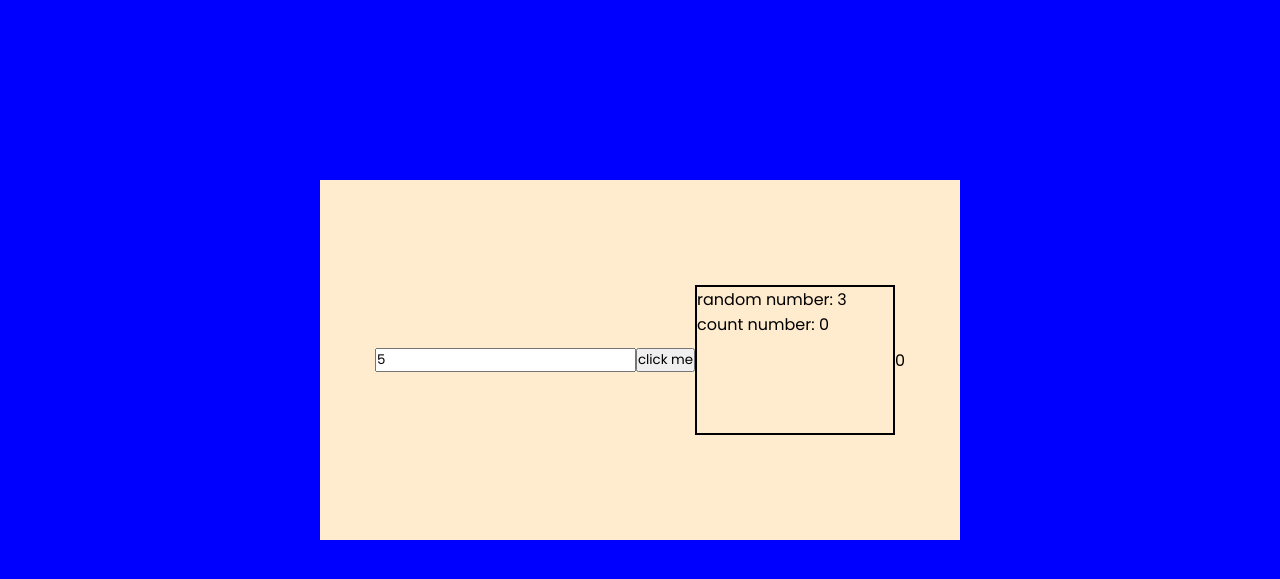
Repository: NarekTovmasyan/promise
Page: inex.html
These files come from the project's save history. The page is drawn as it stood at one moment and after the next save; the edit follows.
The browser window is 1280 px wide. The pictures show the whole page.
Empty fields were first filled with sample values (such as "Sample", 5 or name@example.com).
After loading, the first visible `#button` was clicked once.

Above is the page before, as saved 2022-02-22 00:19:03.

### inex.html
<!DOCTYPE html>
<html lang="en">

<head>
    <meta charset="UTF-8">
    <meta http-equiv="X-UA-Compatible" content="IE=edge">
    <meta name="viewport" content="width=device-width, initial-scale=1.0">
    <title>Document</title>
    <link rel="stylesheet" href="./style.css">
</head>

<body>
    <div class="body">
        <div class="conteiner">
            <div class="main">
                <input type="number" id="value" placeholder="enter number 1-6">
                <button class="btn" id="button">click me</button>
                <div class="table" id="show-text">
                    <p class="p1"></p>
                    <p class="p2"></p>
                </div>
                <p class="sum"></p>
            </div>
        </div>
    </div>
    <script src="./script.js"></script>
</body>

</html>

### style.css
@import url('https://fonts.googleapis.com/css2?family=Poppins:wght@200;300;400;500;600;700&display=swap');
* {
    margin: 0;
    padding: 0;
    box-sizing: border-box;
    font-family: 'Poppins', sans-serif;
}

.body {
    background-color: blue;
    position: absolute;
    width: 100%;
    height: 100%;
    display: flex;
    align-items: center;
    justify-content: center;
}

.conteiner {
    background-color: blanchedalmond;
    position: relative;
    width: 50%;
    height: 50%;
    display: flex;
    align-items: center;
    justify-content: center;
}

.main {
    display: contents;
    flex-direction: row;
}


/* .btn {

} */

.table {
    border: 2px solid black;
    width: 200px;
    height: 150px;
}

### script.js
// const myBirthday = (isSick) => {
//     return new Promise(function (resolve, reject) {
//       if (!isSick) {
//         setTimeout(() => resolve(2), 2000);
//       } else {
//         reject("I dont have cake :разочарование_облегчение:");
//       }
//     });
//   };
//   const handleCake = async () => {
//     try {
//       let result = await myBirthday(true); // result = 2
//       console.log(`I have ${result} cakes :день_рождения:`);
//     } catch (err) {
//       console.log(err);
//     } finally {
//       console.log("Party");
//     }
//   };
//   handleCake();



// myBirthday(true)
//   .then((result) => console.log(`I have ${result} cakes :день_рождения:`))
//   .catch((err) => console.log(err))
//   .finally(() => console.log("Party"));


// let number = 5;

// function compare(argument) {
//     return new Promise(function(resolve, reject) {
//         if (number > argument) {
//             resolve(number)
//         } else {
//             reject(new Error("oops"))
//         }
//     })
// };
// compare(6).then(function(number) {
//     console.log(number);
// }).catch(function(error) {
//     console.log(error);
// }).finally(() => {
//     console.log("barlus");
// })

const value = document.getElementById("value");
const button = document.getElementById("button");
const p1Text = document.querySelector(".p1");
const p2Text = document.querySelector(".p2");
const sum = document.querySelector(".sum");

function randomNum(max) {
    return Math.floor(Math.random() * max) + 1;
}

button.addEventListener("click", function() {
    let random = randomNum(6);
    p1Text.innerText = "random number: " + random;

    let inputValue;
    if (Number(value.value) > 6 || Number(value.value) < 1) {
        alert("enter chisht number, 1-6")
    } else {
        inputValue = Number(value.value);
    }
    let count = 0;
    if (inputValue === random) {
        count += 2;
    } else if (Math.abs(inputValue - random) === 1) {
        count += 1;
    } else {
        count += 0;
    }
    let sum1 = [];
    sum1.push(count);



    p2Text.innerText = "count number: " + count;
    sum1 += count;
    console.log("sum1", sum1);
    sum.innerText = sum1++;
})

After the next save:
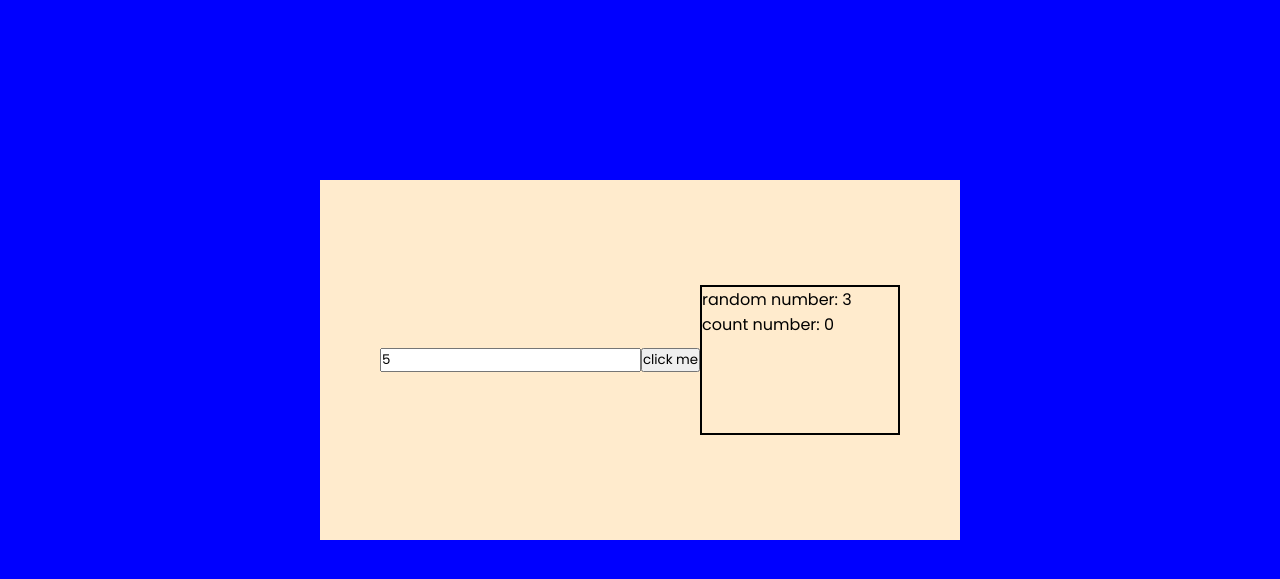
Saved 51 s later.
--- a/script.js
+++ b/script.js
@@ -74,13 +74,10 @@ button.addEventListener("click", function() {
     } else {
         count += 0;
     }
+
+    p2Text.innerText = "count number: " + count;
     let sum1 = [];
     sum1.push(count);
-
-
-
-    p2Text.innerText = "count number: " + count;
-    sum1 += count;
     console.log("sum1", sum1);
-    sum.innerText = sum1++;
+    // sum.innerText = sum1++;
 })
